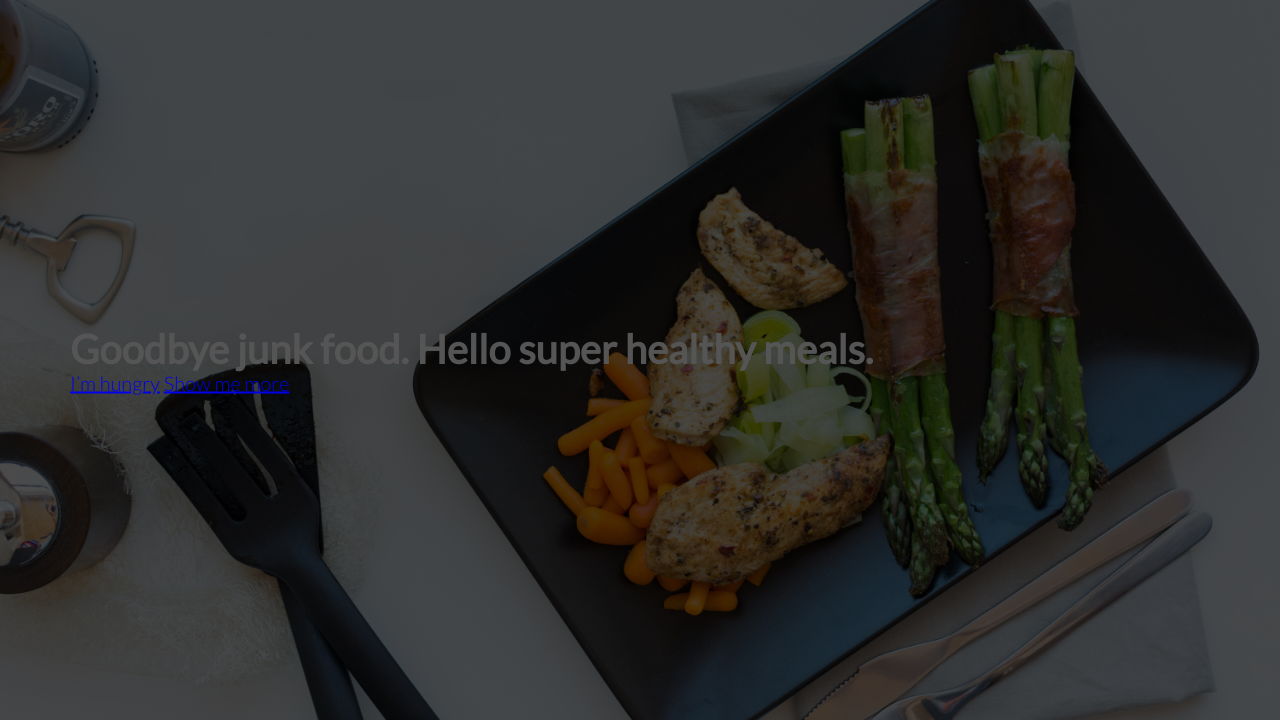
Repository: MalgorzataMazur/Omnifood
Page: index.html
The author's editor kept a copy of each file at every save. The page is drawn from the files as they stood at one save, then again after the next save.
The browser window is 1280 px wide. The pictures show the whole page.

Above is the page before, as saved 2019-10-23 20:33:04.

### index.html
<!DOCTYPE html>
<html lang="en">
    <head>
        <link rel="stylesheet" href="vendors/css/normalize.css">
        <link rel="stylesheet" href="vendors/css/grid.css">
        <link rel="stylesheet" href="resources/css/style.css">
        <link href="https://fonts.googleapis.com/css?family=Lato:100,300,300i,400&display=swap" rel="stylesheet">
        <meta charset="UTF-8">
        <meta name="viewport" content="width=device-width, initial-scale=1.0">
        <meta http-equiv="X-UA-Compatible" content="ie=edge">
        <title>Omnifood</title>
    </head>
    <body>
        <header> <!-- like container to put some conetent nav, footer, main element for the main cinetent etc-->
            <div class="hero-text-box">
                <h1>Goodbye junk food. Hello super healthy meals.</h1>
                <a href="#">I’m hungry</a>
                <a href="#">Show me more</a>



            </div>
        </header>


    </body>
</html>

### resources/css/style.css
* {
    margin: 0%;
    padding: 0%;
    box-sizing: border-box;
}

html {
    background-color: #fff;
    color: #555;
    font-family: 'Lato';'Arial', sans-serif;
    font-weight: 300;
    font-size: 20px;
    text-rendering: optimizeLegibility;
}

.row {
    max-width: 1140px;
    margin: 0 auto;
}

header {
    background-image: linear-gradient(rgba(0, 0, 0, 0.705), rgba(0, 0, 0, 0.705)), url(img/hero.jpg);
    background-size: cover;
    background-position: center;
    height: 100vh;
}

.hero-text-box {
    position: absolute;
    width: 1140px;
    top: 50%;
    left: 50%;
    transform: translate(-50%,-50%);
}

h1 {
    margin: 0;
}

Loaded but not shown: vendors/css/normalize.css (library); vendors/css/grid.css (library)

After the next save:
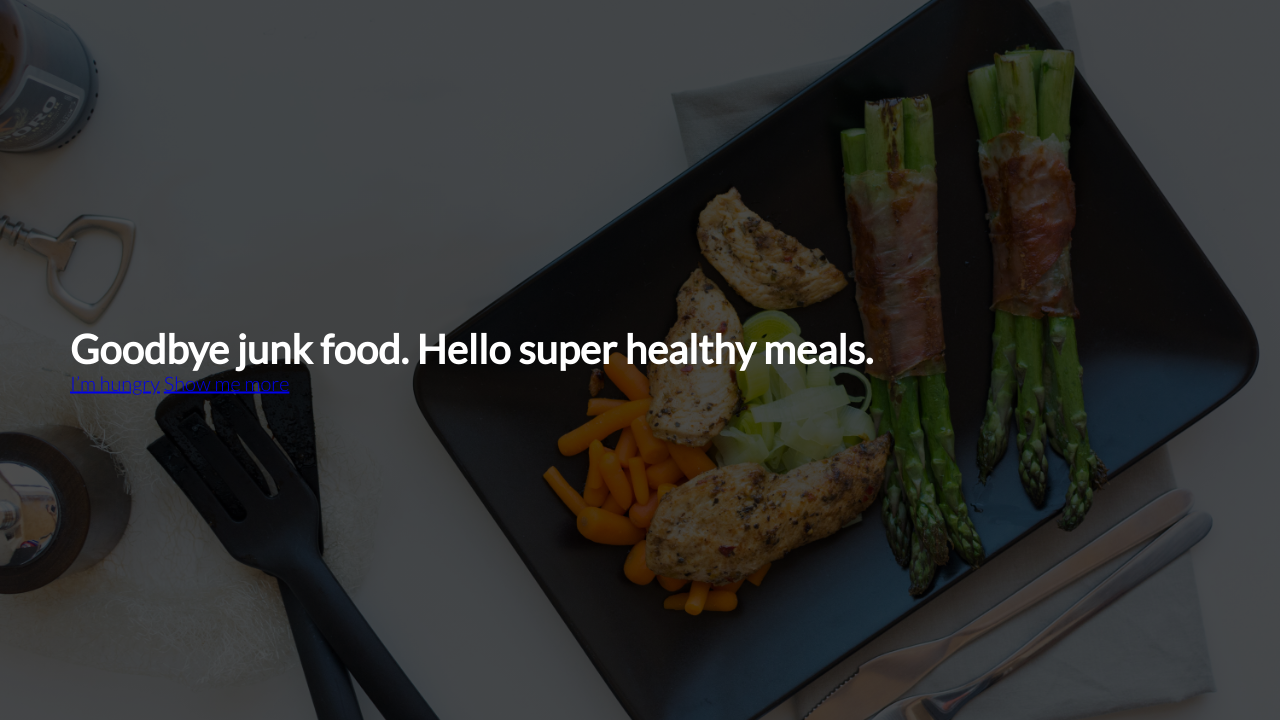
Saved 2 min 53 s later.
--- a/resources/css/style.css
+++ b/resources/css/style.css
@@ -35,4 +35,6 @@ header {
 
 h1 {
     margin: 0;
+    color: #fff;
+    font-size: 20  px;
 }
